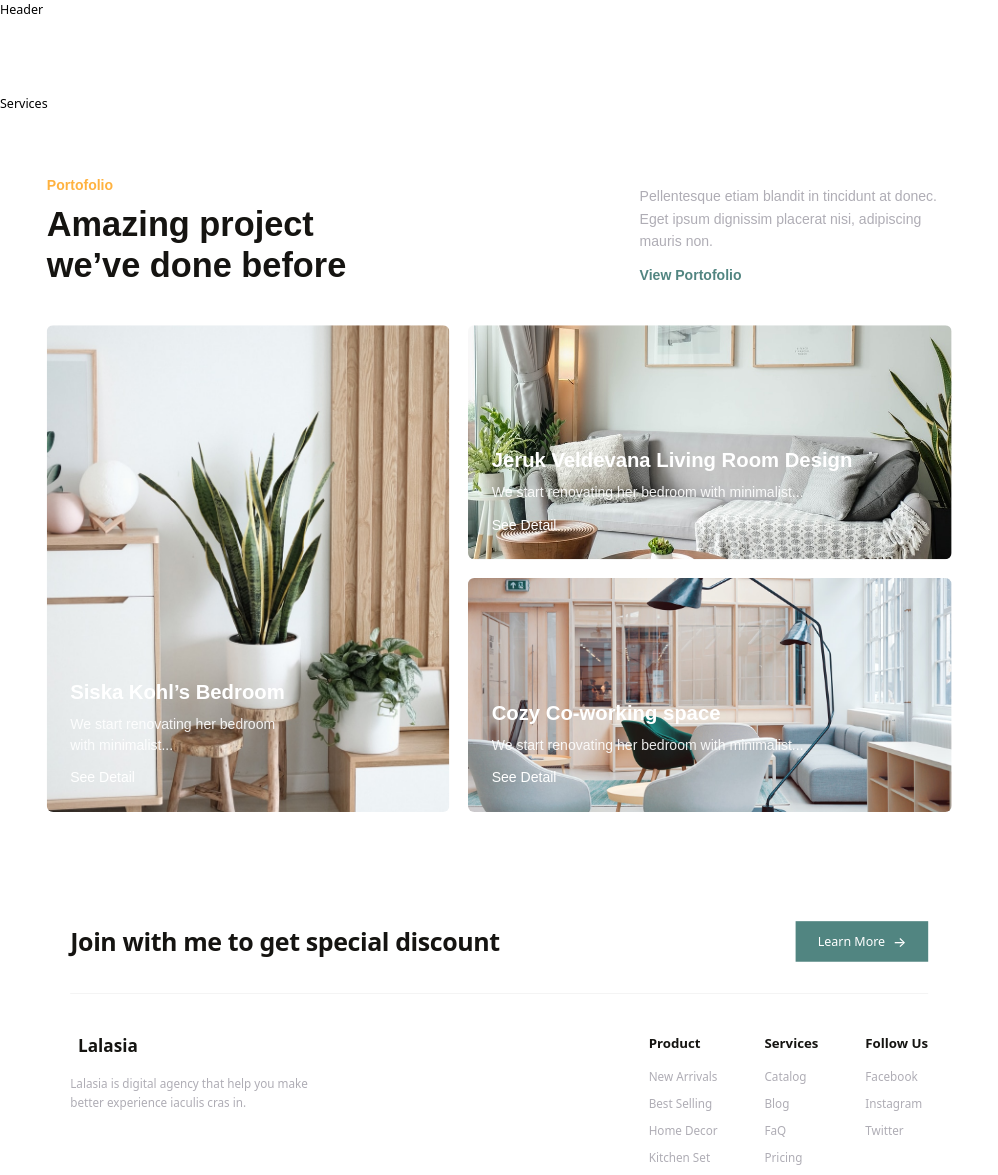
Repository: archis-academy/december-frontend-lalasia-2025
Page: /services
The author's editor kept a copy of each file at every save. The page is drawn from the files as they stood at one save, then again after the next save.
The browser window is 1280 px wide. The pictures show the whole page, at 78% of full size.
Some web fonts or font styles are not loaded; a fallback is used. The project was rebuilt for these pictures with package versions that can differ from the ones it lists, and the page was loaded fresh each time. Also part of the build but not shown: vite.config.ts, src/components/welcome/benefits.scss, src/components/welcome/benefitsd.tsx, src/components/Article/Article.module.scss, src/components/Article/ArticleCard.module.scss, src/components/CustomButton/CustomButton.tsx, src/components/Arrow/Arrow.tsx, src/components/Article/ArticleCard.tsx and 19 more.

Above is the page before, as saved 2026-01-27 00:27:52.

After the next save:
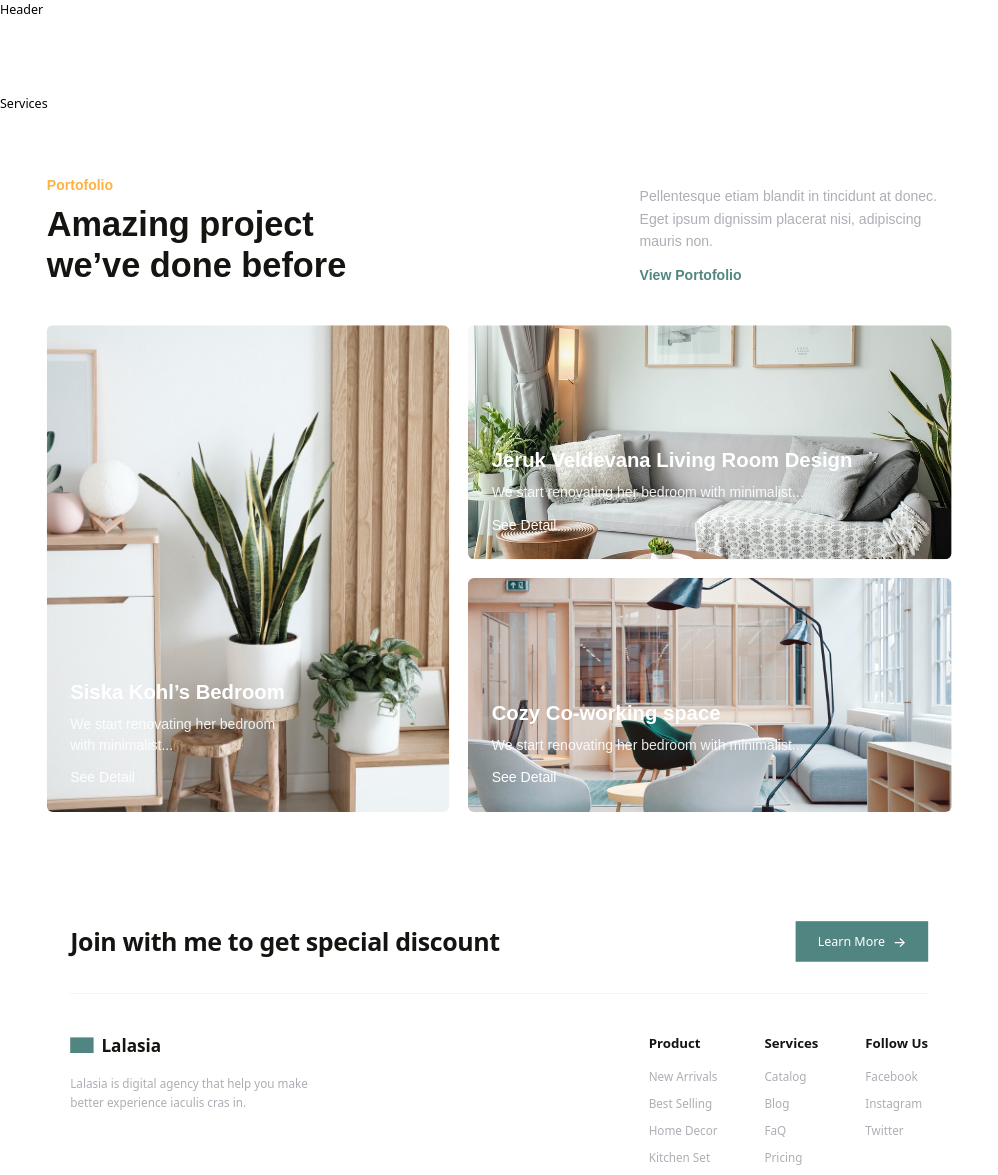
Saved 1 s later.
--- a/src/components/Footer/Footer.tsx
+++ b/src/components/Footer/Footer.tsx
@@ -2,26 +2,35 @@ import React from 'react';
 import './Footer.scss';
 
 const Footer: React.FC = () => {
+  // Yönlendirme Fonksiyonu
+  const handleNavigation = () => {
+    // Örnek: Dış bir linke gitmek için
+    window.location.href = 'https://google.com';
+
+    // VEYA React Router kullanıyorsan:
+    // navigate('/target-page');
+  };
+
   return (
     <footer className="footer-wrapper">
       <div className="footer-container">
 
-        {/* Üst Kısım: CTA Bölümü */}
+        {/* CTA Section */}
         <div className="footer-cta">
           <h2 className="cta-text">Join with me to get special discount</h2>
-          <button className="cta-btn" onClick={() => console.log("Tıklandı!")}>
+          {/* Tıklanabilir Buton */}
+          <button className="cta-btn" onClick={handleNavigation} type="button">
             Learn More <span className="arrow">→</span>
           </button>
         </div>
 
         <hr className="footer-line" />
 
-        {/* Alt Kısım: İçerik */}
         <div className="footer-main">
-          {/* Sol: Logo ve Açıklama */}
+          {/* Logo Bölümü */}
           <div className="footer-brand">
             <div className="brand-logo">
-              <span className="logo-box"></span>
+              <div className="logo-icon"></div>
               <span className="logo-text">Lalasia</span>
             </div>
             <p className="brand-desc">
@@ -29,27 +38,27 @@ const Footer: React.FC = () => {
             </p>
           </div>
 
-          {/* Sağ: Link Grupları */}
+          {/* Link Grupları */}
           <div className="footer-links-group">
             <div className="link-col">
               <h4>Product</h4>
-              <a href="#">New Arrivals</a>
-              <a href="#">Best Selling</a>
-              <a href="#">Home Decor</a>
-              <a href="#">Kitchen Set</a>
+              <a href="#new">New Arrivals</a>
+              <a href="#best">Best Selling</a>
+              <a href="#home">Home Decor</a>
+              <a href="#kitchen">Kitchen Set</a>
             </div>
             <div className="link-col">
               <h4>Services</h4>
-              <a href="#">Catalog</a>
-              <a href="#">Blog</a>
-              <a href="#">FaQ</a>
-              <a href="#">Pricing</a>
+              <a href="#catalog">Catalog</a>
+              <a href="#blog">Blog</a>
+              <a href="#faq">FaQ</a>
+              <a href="#pricing">Pricing</a>
             </div>
             <div className="link-col">
               <h4>Follow Us</h4>
-              <a href="#">Facebook</a>
-              <a href="#">Instagram</a>
-              <a href="#">Twitter</a>
+              <a href="#fb">Facebook</a>
+              <a href="#ig">Instagram</a>
+              <a href="#tw">Twitter</a>
             </div>
           </div>
         </div>
